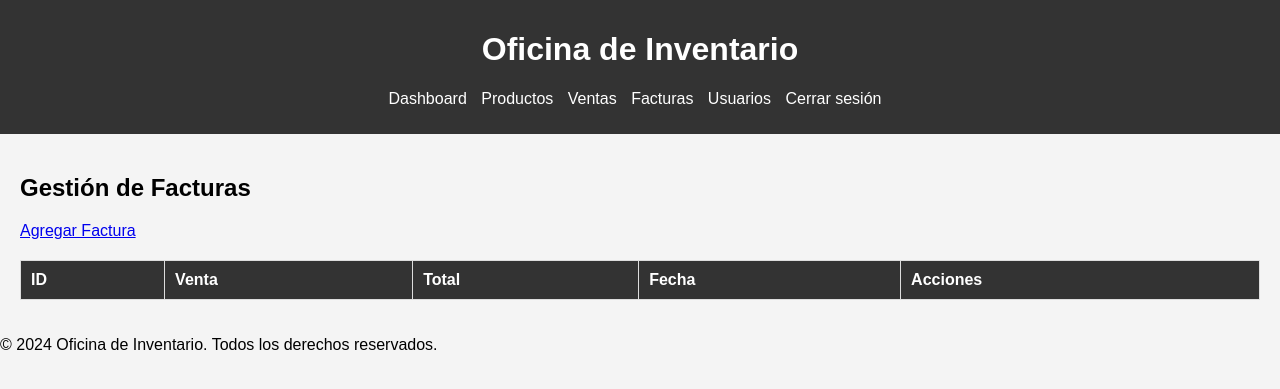
Repository: Connie75/Inventario
Page: http://localhost/views/invoices.php
These files come from the project's save history. The page is drawn as it stood at one moment and after the next save; the edit follows.
The browser window is 1280 px wide. The pictures show the whole page.
The page is run by PHP 8.4 with error messages shown; the project is at /var/www/html/. The session is filled in as if someone had signed in: {"id": 1, "rol": "admin"}. Queries for data that is not in the repository find no rows.

Above is the page before, as saved 2024-07-29 01:12:38.

After the next save:
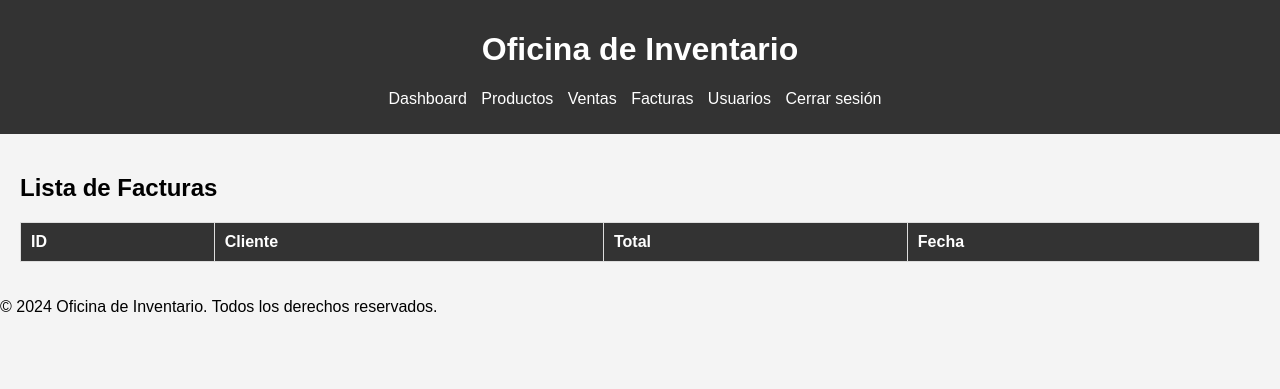
Saved 19 h 52 min later.
--- a/views/invoices.php
+++ b/views/invoices.php
@@ -1,4 +1,3 @@
-<!-- views/invoices.php -->
 <?php
 session_start();
 include '../includes/header.php';
@@ -6,41 +5,56 @@ include '../includes/db.php';
 
 // Verificar si el usuario está logueado
 if (!isset($_SESSION['id'])) {
-    header("Location: login.php");
+    header("Location: ../login.php");
     exit();
 }
 
-// Obtener lista de facturas
-$result = $conn->query("SELECT facturas.*, ventas.total FROM facturas JOIN ventas ON facturas.venta_id = ventas.id");
+// Consulta para obtener las facturas con la información del cliente
+$query = "SELECT facturas.id, clientes.nombre AS cliente_nombre, facturas.total, facturas.fecha
+          FROM facturas
+          JOIN clientes ON facturas.cliente_id = clientes.id";
+$result = $conn->query($query);
+
+if (!$result) {
+    die("Query fallida: " . $conn->error);
+}
 ?>
 
-<h2>Gestión de Facturas</h2>
-<a href="add_invoice.php">Agregar Factura</a>
-<table>
-    <thead>
-        <tr>
-            <th>ID</th>
-            <th>Venta</th>
-            <th>Total</th>
-            <th>Fecha</th>
-            <th>Acciones</th>
-        </tr>
-    </thead>
-    <tbody>
-        <?php while ($row = $result->fetch_assoc()): ?>
-            <tr>
-                <td><?php echo $row['id']; ?></td>
-                <td><?php echo $row['venta_id']; ?></td>
-                <td><?php echo $row['total']; ?></td>
-                <td><?php echo $row['fecha']; ?></td>
-                <td>
-                    <a href="edit_invoice.php?id=<?php echo $row['id']; ?>">Editar</a>
-                    <a href="../actions/delete_invoice.php?id=<?php echo $row['id']; ?>">Eliminar</a>
-                </td>
-            </tr>
-        <?php endwhile; ?>
-    </tbody>
-</table>
+<!DOCTYPE html>
+<html lang="es">
+<head>
+    <meta charset="UTF-8">
+    <title>Lista de Facturas</title>
+    <link rel="stylesheet" href="../styles.css">
+</head>
+<body>
+    <div class="container">
+        <h2>Lista de Facturas</h2>
+        <table>
+            <thead>
+                <tr>
+                    <th>ID</th>
+                    <th>Cliente</th>
+                    <th>Total</th>
+                    <th>Fecha</th>
+                </tr>
+            </thead>
+            <tbody>
+                <?php while ($row = $result->fetch_assoc()): ?>
+                    <tr>
+                        <td><?php echo $row['id']; ?></td>
+                        <td><?php echo $row['cliente_nombre']; ?></td>
+                        <td><?php echo $row['total']; ?></td>
+                        <td><?php echo $row['fecha']; ?></td>
+                    </tr>
+                <?php endwhile; ?>
+            </tbody>
+        </table>
+    </div>
+</body>
+</html>
 
-<?php $conn->close(); ?>
-<?php include '../includes/footer.php'; ?>
+<?php
+$conn->close();
+include '../includes/footer.php';
+?>
